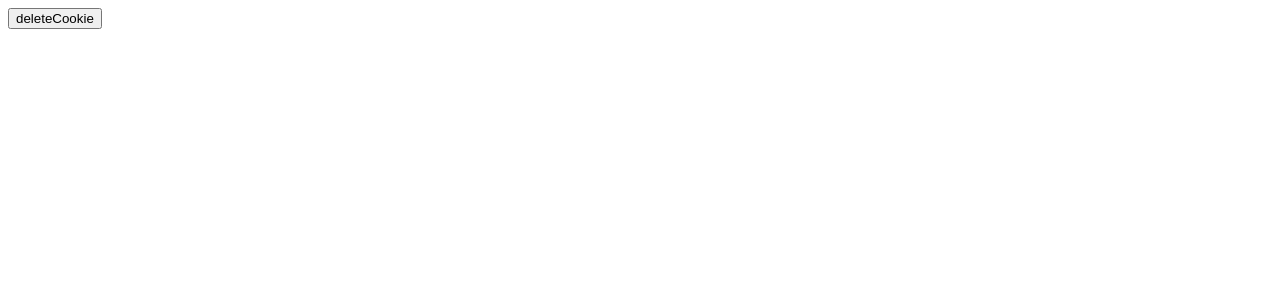
Repository: beenjh6088/jsp
Page: pro09/src/main/webapp/popupTest.html
These files come from the project's save history. The page is drawn as it stood at one moment and after the next save; the edit follows.
The browser window is 1280 px wide. The pictures show the whole page.

Above is the page before, as saved 2024-07-30 07:09:13.

### pro09/src/main/webapp/popupTest.html
<!DOCTYPE html>
<html>
<head>
<meta charset="UTF-8">
<title>Insert title here</title>
</head>
	<script>
		window.onload = pageLoad;

		function pageLoad() {
			notShowPop = getCookieValue();
			if(notShowPop != "true") {
				window.open("popUp.html", "pop", "width=400,height=500,histroy=no,resizable=no,status=no,scrollbars=yes,menubar=no")
			}
		}

		function getCookieValue() {
			var result = "false";
			if(document.cookie != "") {
				cookie = document.cookie.split(";");
				for(var i = 0; i < cookie.length; i++) {
					element = cookie[i].split("=")
					value=element[0];
					value = value.replace(/^\s*/,'');
					if(value == "notShowPop") {
						result = element[1];
						break;
					}
				}
			}
			return result;
		}

		function deleteCookie(){
			document.cookie = "notShowPop"+"false"+";path=/; expires=-1";
		}

	</script>
<body>
	<form action="">
		<input type="button" value="deleteCookie" onclick="deleteCookie()" />
	</form>
</body>
</html>

After the next save:
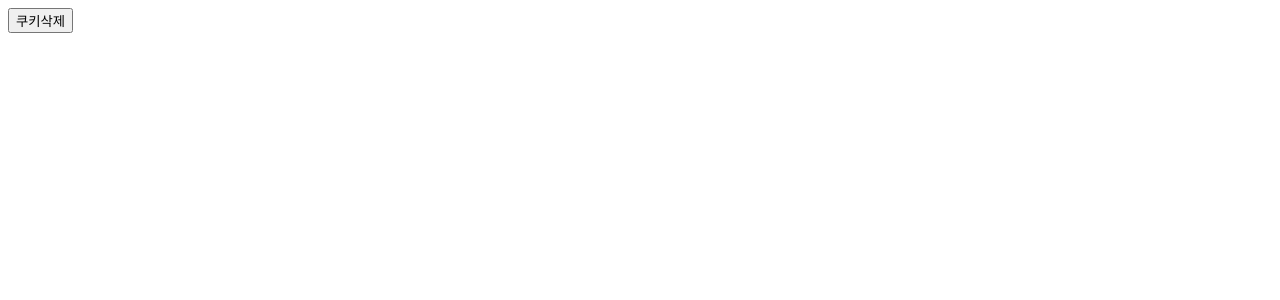
Saved 95 s later.
--- a/pro09/src/main/webapp/popupTest.html
+++ b/pro09/src/main/webapp/popupTest.html
@@ -1,44 +1,43 @@
-<!DOCTYPE html>
 <html>
 <head>
-<meta charset="UTF-8">
-<title>Insert title here</title>
+  <meta charset="UTF-8">
+ <title> 자바스크립트에서 쿠키 사용 </title>
+ <script type = "text/javascript">
+  // 페이지 로드 이벤트 처리
+  window.onload = pageLoad;
+  function pageLoad(){
+  // 저장된 쿠키 읽어오기
+   notShowPop =getCookieValue();
+   if(notShowPop!="true"){
+      window.open("popUp.html","pop","width=400,height=500,history=no,resizable=no,status=no,scrollbars=yes,menubar=no");
+   }
+  }
+
+  // 쿠키 읽어오는 함수
+  function getCookieValue(){
+     var result="false";
+   // 쿠키 여부 확인
+    if(document.cookie != ""){
+      cookie = document.cookie.split(";");
+      for(var i=0; i<cookie.length;i++){
+	element=cookie[i].split("=");
+	value=element[0];
+	value=value.replace(/^\s*/,'');
+	if(value=="notShowPop"){
+	 result= element[1];
+        }
+      }
+   }
+   return result;
+  }
+ function  deleteCookie(){
+    document.cookie = "notShowPop=" + "false" + ";path=/; expires=-1" ;
+  }
+ </script>
 </head>
-	<script>
-		window.onload = pageLoad;
-
-		function pageLoad() {
-			notShowPop = getCookieValue();
-			if(notShowPop != "true") {
-				window.open("popUp.html", "pop", "width=400,height=500,histroy=no,resizable=no,status=no,scrollbars=yes,menubar=no")
-			}
-		}
-
-		function getCookieValue() {
-			var result = "false";
-			if(document.cookie != "") {
-				cookie = document.cookie.split(";");
-				for(var i = 0; i < cookie.length; i++) {
-					element = cookie[i].split("=")
-					value=element[0];
-					value = value.replace(/^\s*/,'');
-					if(value == "notShowPop") {
-						result = element[1];
-						break;
-					}
-				}
-			}
-			return result;
-		}
-
-		function deleteCookie(){
-			document.cookie = "notShowPop"+"false"+";path=/; expires=-1";
-		}
-
-	</script>
 <body>
-	<form action="">
-		<input type="button" value="deleteCookie" onclick="deleteCookie()" />
-	</form>
+  <form>
+    <input type=button value="쿠키삭제"  onClick="deleteCookie()" >
+  </form>
 </body>
 </html>
